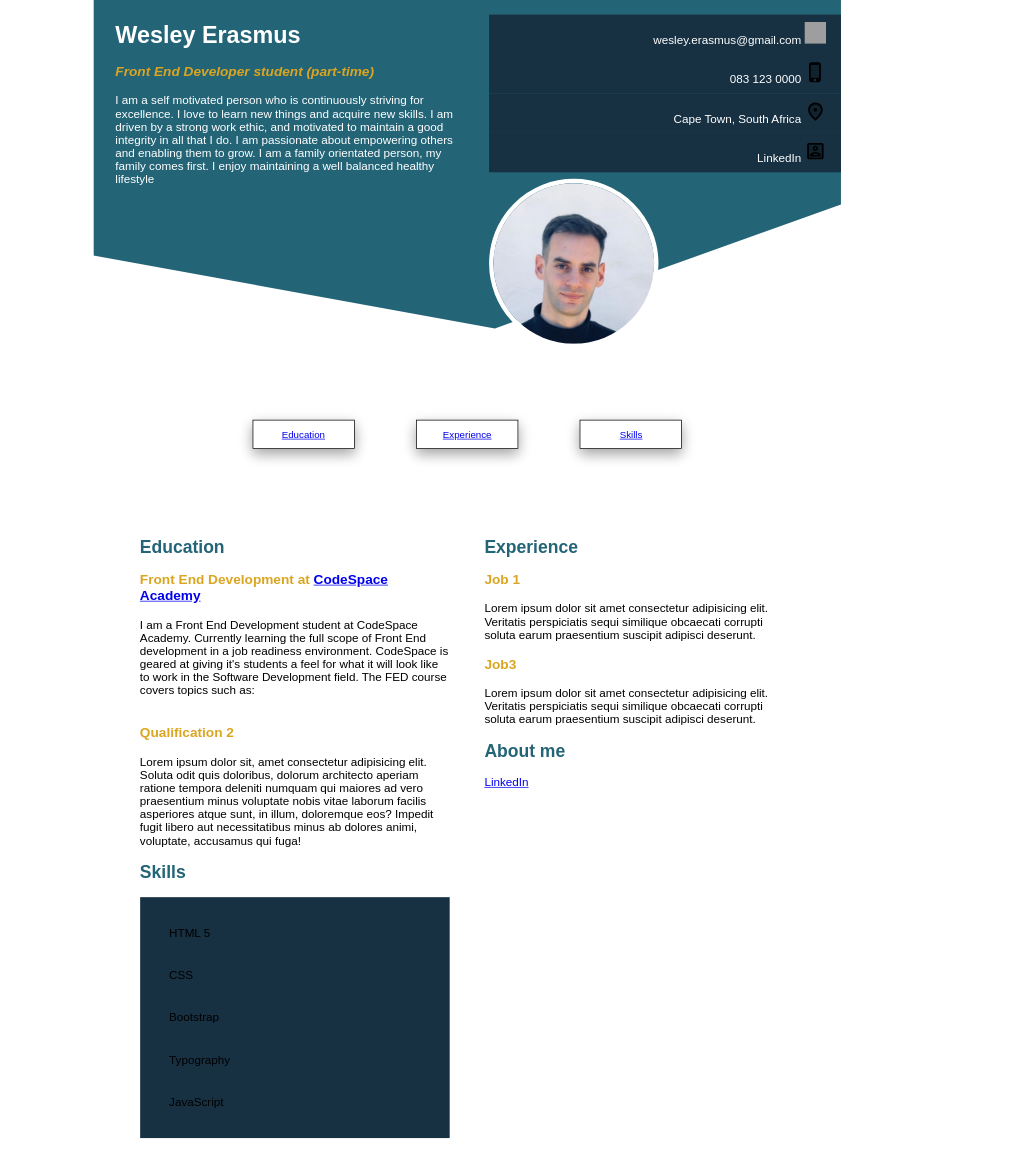
Repository: WesleyErasmus/myDigitalResume
Page: Resume-Projec-3/index.html
These files come from the project's save history. The page is drawn as it stood at one moment and after the next save; the edit follows.
The browser window is 1280 px wide. The page is 1408 px wide, so the pictures cover 1408 px, including what lies to the right of the window. The pictures show the whole page, at 73% of full size.
Pictures or frames that could not be fetched are drawn as grey boxes.

Above is the page before, as saved 2022-02-12 17:53:24.

After the next save:
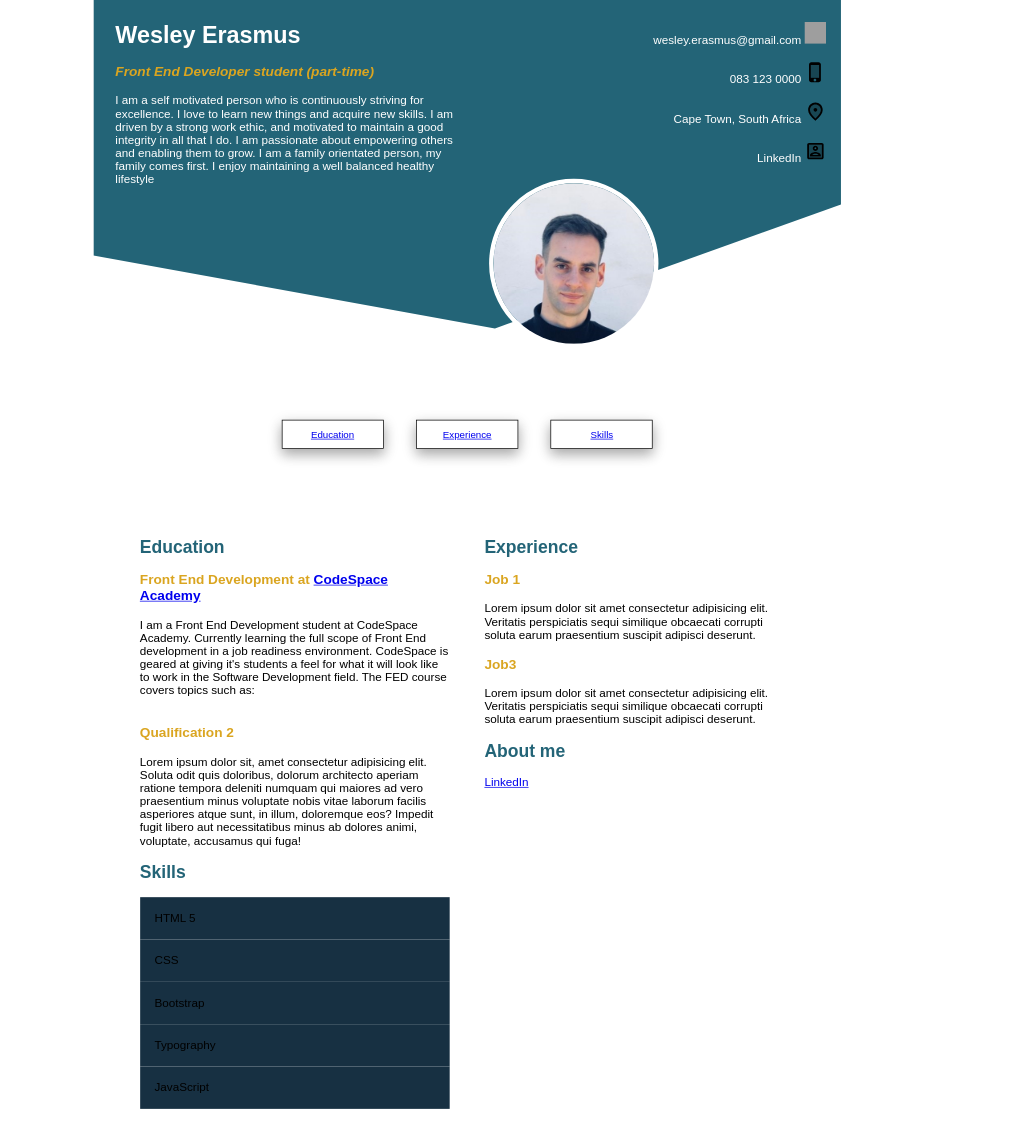
Saved 4 s later.
--- a/Resume-Projec-3/styles.css
+++ b/Resume-Projec-3/styles.css
@@ -110,7 +110,7 @@ main {
     width: 45%;
     padding: 20px;
 }
-.skills, li {
+.skills li {
     background-color: #173042;
 padding: 20px;
 }
